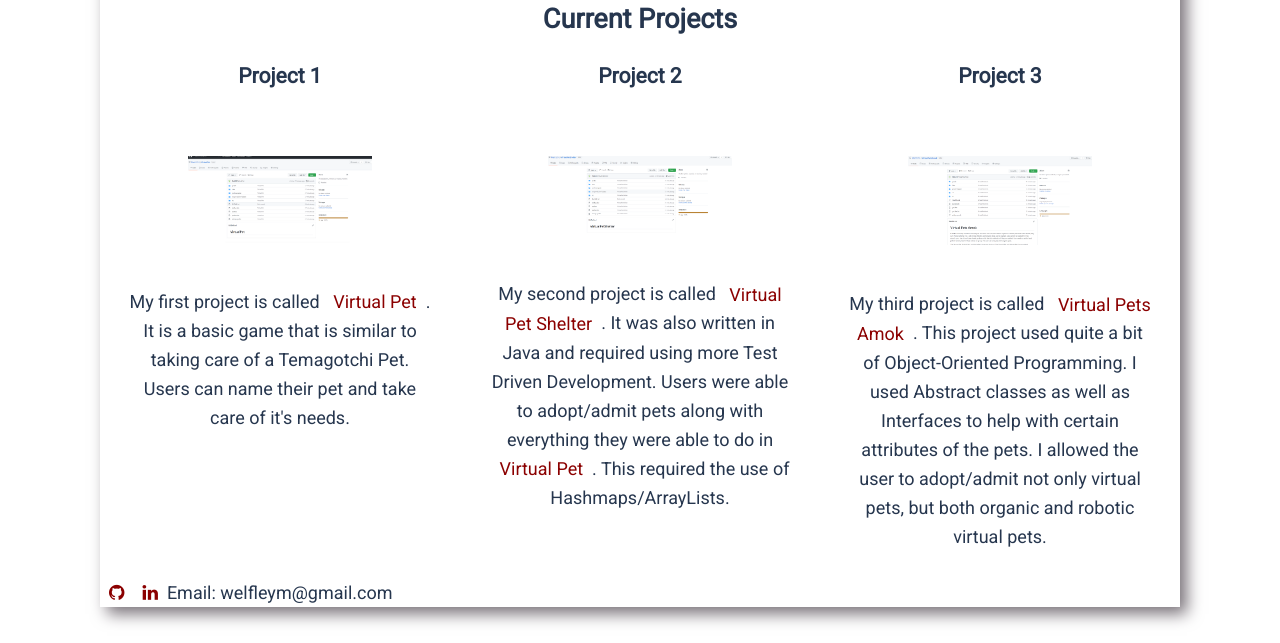
Repository: Matt1218/Matt1218.github.io
Page: index.html
The author's editor kept a copy of each file at every save. The page is drawn from the files as they stood at one save, then again after a run of saves.
The browser window is 1280 px wide. The pictures show the part of the page from y = 565 to 1220 px (the page is 1208 px tall before and 1220 px after).
A picture or video elsewhere on the page could not be fetched, so the positions and the page height are approximate.

Above is the page before, as saved 2022-03-21 14:05:30.

After the next 2 saves:
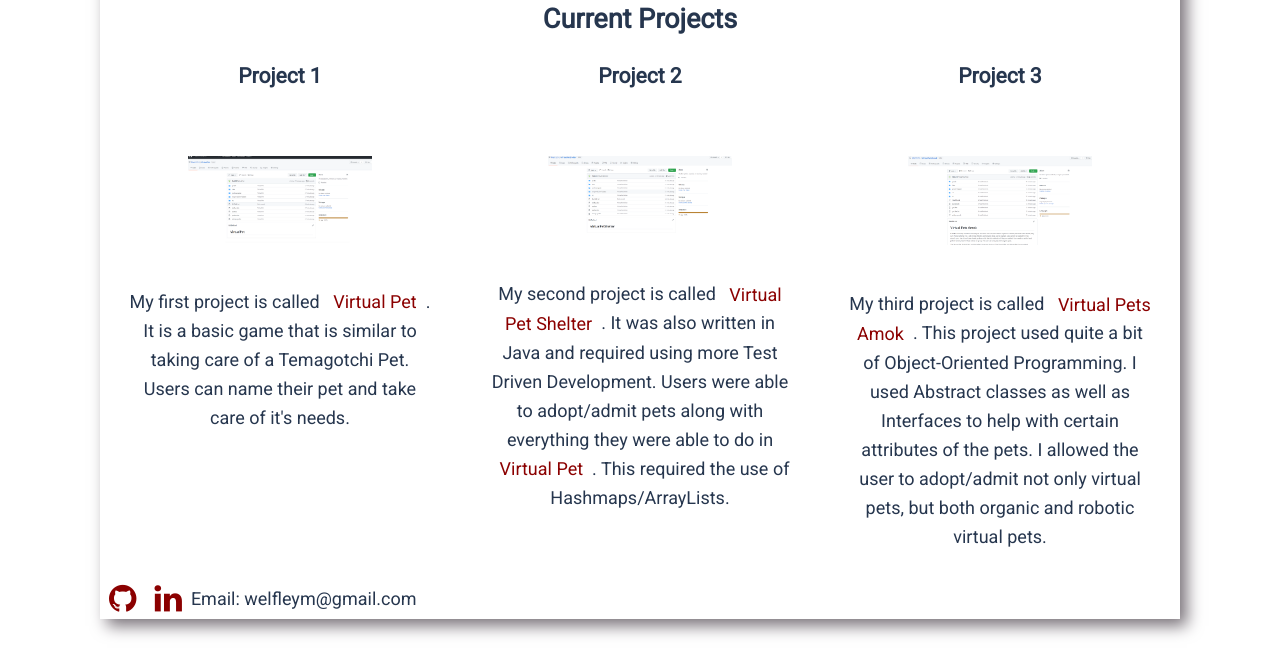
The 2 saves are shown as one change because they came seconds apart.
The last was saved 7 s later.
--- a/style.css
+++ b/style.css
@@ -110,5 +110,5 @@ a {
 }
 
 #footer a {
-    font
+    font-size: xx-large;
 }
